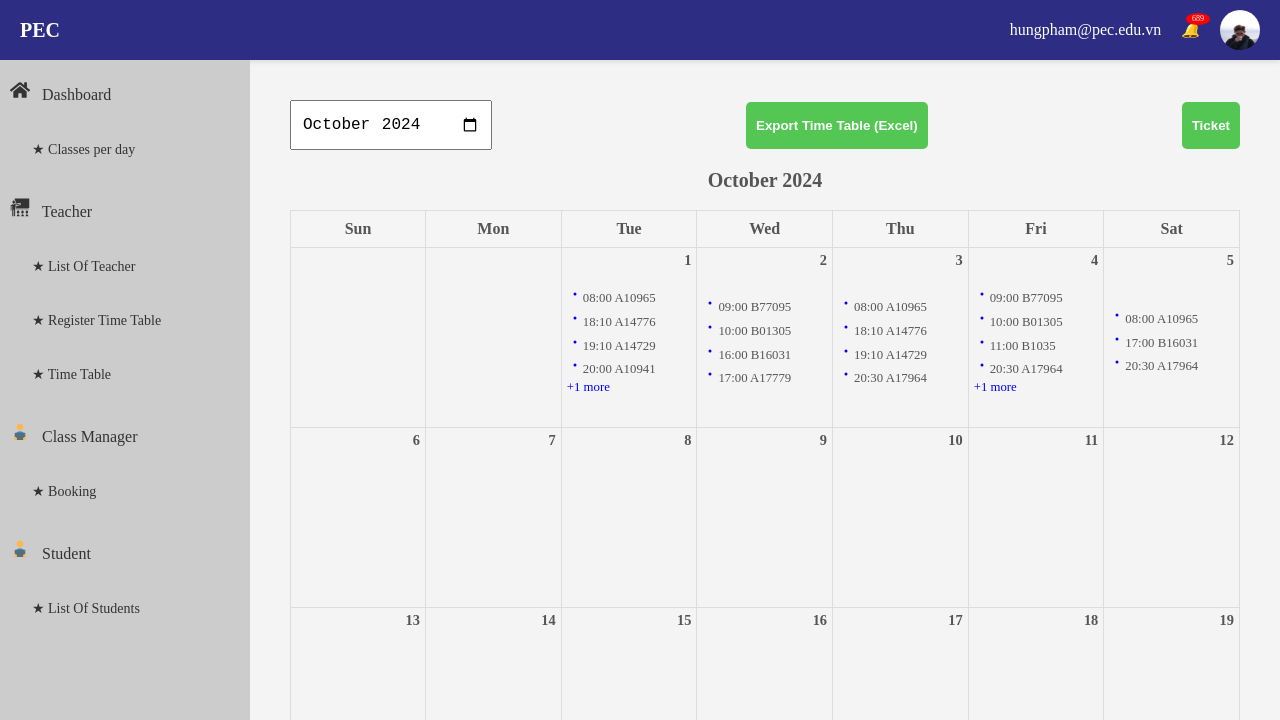
Repository: BitDanceLabels/Bumblebee_BDG
Page: /teacher-timetable
An editor plug-in stored every save of this project. The page is shown before and after the next save, followed by the edit.
The browser window is 1280 px wide. The pictures show the whole page.
An inner scrolling area shows only its first screen. The project was rebuilt for these pictures with package versions that can differ from the ones it lists, and the page was loaded fresh each time. Also part of the build but not shown: vite.config.js, src/components/Dashboard/ScheduleComponent.jsx, src/components/Management/Booking.jsx, src/components/modal/CreateStudentModal.jsx, src/components/Student/ListOfStudent.jsx, src/components/modal/CreateTeacherModal.jsx, src/components/Teacher/TeacherTable.jsx, src/components/Teacher/ListOfTeacher.jsx and 9 more. Imported but missing from the stored project, and not drawn on this page: src/components/modal/DeactiveStudentModal.

Above is the page before, as saved 2024-10-07 10:05:41.

### index.html
<!DOCTYPE html>
<html lang="en">
  <head>
    <meta charset="UTF-8" />
    <link rel="icon" type="image/svg+xml" href="/vite.svg" />
    <meta name="viewport" content="width=device-width, initial-scale=1.0" />
    <title>Power English CRM</title>
  </head>
  <body>
    <div id="root"></div>
    <script type="module" src="/src/main.jsx"></script>
  </body>
</html>

### src/main.jsx
import { StrictMode } from 'react'
import { createRoot } from 'react-dom/client'
import MainApp from './pages/MainApp.jsx'
import App from './App.jsx'
import './index.css'

createRoot(document.getElementById('root')).render(
  <StrictMode>
    <MainApp />
  </StrictMode>
)

### src/pages/MainApp.jsx
import React from 'react'
import Header from '../components/General/Header'
import Navbar from '../components//General/Navbar'
import ScheduleComponent from '../components/Dashboard/ScheduleComponent'
import Booking from '../components/Management/Booking'
import ListOfStudent from '../components/Student/ListOfStudent'
import ListOfTeacher from '../components/Teacher/ListOfTeacher'
import { BrowserRouter as Router, Route, Routes } from 'react-router-dom'
import styled from 'styled-components'
import TeacherTabs from '../components/Teacher/TeacherTabs'
import StudentProfile from '../components/Student/StudentProfile'
import TeacherRegisterTimeTable from '../components/Teacher/TeacherRegisterTimeTable'
import TeacherTimeTable from '../components/Teacher/TeacherTimeTable'
import CourseInfo from '../components/Student/CourseInfo'

function MainApp() {
  return (
    <Router>
      <MainAppWrapper>
        <HeaderWrapper>
          <Header />
        </HeaderWrapper>
        <div className="main-layout">
          <NavbarWrapper>
            <Navbar />
          </NavbarWrapper>
          <ContentWrapper>
            <Routes>
              <Route path="/classes" element={<ScheduleComponent />} />
              <Route path="/booking" element={<Booking />} />
              <Route path="/students" element={<ListOfStudent />} />
              <Route path="/teacher" element={<ListOfTeacher />} />
              <Route path="/teacher-profile" element={<TeacherTabs />} />
              <Route path="/student-profile" element={<StudentProfile />} />
              <Route path="/teacher-timetable" element={<TeacherTimeTable />} />
              <Route path="/course-info" element={<CourseInfo />} />
              <Route
                path="/teacher-register"
                element={<TeacherRegisterTimeTable />}
              />
              {/* Add more routes as needed */}
            </Routes>
          </ContentWrapper>
        </div>
      </MainAppWrapper>
    </Router>
  )
}

const MainAppWrapper = styled.main`
  width: 100%;
  display: flex;
  flex-direction: column;
  height: 100vh;

  .main-layout {
    display: flex;
    flex-grow: 1;
  }
`

const HeaderWrapper = styled.header`
  position: fixed;
  top: 0;
  width: 100%;
  z-index: 1000;
  background-color: white;
  box-shadow: 0 2px 5px rgba(0, 0, 0, 0.1);
`

const NavbarWrapper = styled.nav`
  position: fixed;
  top: 60px;
  left: 0;
  height: calc(100vh - 60px);
  width: 250px;
  background-color: #ccc;
  color: white;
  z-index: 1000;
`

const ContentWrapper = styled.div`
  margin-top: 60px;
  margin-left: 250px;
  padding: 20px;
  flex-grow: 1;
  background-color: #f4f4f4;
  min-height: 100%;
  overflow-y: auto;
`

export default MainApp

### src/components/General/Header.jsx
import React from 'react'
import avt from '../../assets/avt.jpg'
import styled from 'styled-components'

const Header = () => {
  return (
    <HeaderWrapper>
      <header className="header">
        <div className="header-left">
          <h1>PEC</h1>
        </div>
        <div className="header-right">
          <span className="account-email">hungpham@pec.edu.vn</span>
          <div className="notification">
            <i className="bell-icon">🔔</i>
            <span className="notification-count">689</span>
          </div>
          <img src={avt} alt="avatar" className="avatar" />
        </div>
      </header>
    </HeaderWrapper>
  )
}

const HeaderWrapper = styled.header`
  .header {
    background-color: #2d2e83;
    color: white;
    display: flex;
    justify-content: space-between;
    align-items: center;
    padding: 10px 20px;
  }

  .header-left h1 {
    margin: 0;
    font-size: 2rem;
  }

  .header-right {
    display: flex;
    align-items: center;
  }

  .account-email {
    margin-right: 20px;
    font-size: 1.6rem;
  }

  .notification {
    position: relative;
    margin-right: 20px;
  }

  .bell-icon {
    font-size: 1.5em;
    cursor: pointer;
  }

  .notification-count {
    position: absolute;
    top: -10px;
    right: -10px;
    background-color: red;
    color: white;
    border-radius: 50%;
    padding: 2px 6px;
    font-size: 0.8em;
  }

  .avatar {
    width: 40px;
    height: 40px;
    border-radius: 50%;
    cursor: pointer;
  }
`

export default Header

### src/components/General/Navbar.jsx
import React, { useState } from 'react'
import styled from 'styled-components'
import { FaHome } from 'react-icons/fa'
import { GiTeacher } from 'react-icons/gi'
import { FcReadingEbook } from 'react-icons/fc'
import { Link } from 'react-router-dom' // Import Link from react-router-dom

const Navbar = () => {
  const [activeItem, setActiveItem] = useState('dashboard')

  const handleItemClick = (item) => {
    setActiveItem(item)
  }

  return (
    <NavbarWrapper>
      <nav className="navbar">
        <ul>
          <li onClick={() => handleItemClick('classes')}>
            <Link to="/classes">
              <FaHome style={{ marginRight: '8px', fontSize: '20px' }} />{' '}
              Dashboard
            </Link>
          </li>

          {/* Submenu for Classes per day */}
          <ul className="sub-menu">
            <li
              className={activeItem === 'classes' ? 'active' : ''}
              onClick={() => handleItemClick('classes')}
            >
              <Link to="/classes">★ Classes per day</Link>
            </li>
          </ul>

          <li onClick={() => handleItemClick('teacher')}>
            <Link to="/teacher">
              <GiTeacher style={{ marginRight: '8px', fontSize: '20px' }} />{' '}
              Teacher
            </Link>
          </li>

          {/* Submenu for List Of Teacher */}
          <ul className="sub-menu">
            <li
              className={activeItem === 'teacher' ? 'active' : ''}
              onClick={() => handleItemClick('teacher')}
            >
              <Link to="/teacher">★ List Of Teacher</Link>
            </li>

            <li
              className={activeItem === 'teacher-register' ? 'active' : ''}
              onClick={() => handleItemClick('teacher-register')}
            >
              <Link to="/teacher-register">★ Register Time Table</Link>
            </li>

            <li
              className={activeItem === 'teacher-timetable' ? 'active' : ''}
              onClick={() => handleItemClick('teacher-timetable')}
            >
              <Link to="/teacher-timetable">★ Time Table</Link>
            </li>
          </ul>

          <li onClick={() => handleItemClick('booking')}>
            <Link to="/booking">
              <FcReadingEbook
                style={{ marginRight: '8px', fontSize: '20px' }}
              />{' '}
              Class Manager
            </Link>
          </li>

          {/* Submenu for Booking */}
          <ul className="sub-menu">
            <li
              className={activeItem === 'booking' ? 'active' : ''}
              onClick={() => handleItemClick('booking')}
            >
              <Link to="/booking">★ Booking</Link>
            </li>
          </ul>

          <li onClick={() => handleItemClick('listOfStudent')}>
            <Link to="/students">
              <FcReadingEbook
                style={{ marginRight: '8px', fontSize: '20px' }}
              />{' '}
              Student
            </Link>
          </li>

          {/* Submenu for List Of Students */}
          <ul className="sub-menu">
            <li
              className={activeItem === 'listOfStudent' ? 'active' : ''}
              onClick={() => handleItemClick('listOfStudent')}
            >
              <Link to="/students">★ List Of Students</Link>
            </li>
          </ul>
        </ul>
      </nav>
    </NavbarWrapper>
  )
}

const NavbarWrapper = styled.nav`
  width: 14%;
  .navbar {
    width: 250px;
    background-color: #ccc;
    color: white;
    height: 100%;
  }

  .navbar ul {
    list-style-type: none;
    padding: 0;
    margin: 0;
  }

  .navbar li {
    padding: 10px 0;
    cursor: pointer;
    color: white;
    width: 100%;
  }

  .navbar li a {
    width: 100%;
    padding: 10px;
    color: #333;
    font-weight: 500;
    font-size: 16px;
    display: inline-block;
    transition: transform 0.3s ease;
    text-decoration: none;
  }

  .navbar li:hover a {
    transform: scale(1.2);
    transform-origin: left;
  }

  .navbar li.active {
    background-color: #e1f644;
  }

  /* Submenu styles */
  .sub-menu {
    list-style-type: none;
    padding-left: 20px;
  }

  .sub-menu li {
    padding: 10px 0;
  }

  .sub-menu li a {
    font-size: 14px;
    width: 100%;
    padding-left: 32px;
  }
`

export default Navbar

### src/components/Teacher/TeacherTimeTable.jsx
import React, { useState, useRef } from 'react'
import styled from 'styled-components'
import { BsDot } from 'react-icons/bs'

// Styled components
const Container = styled.div`
  padding: 20px;
`

const Header = styled.div`
  display: flex;
  justify-content: space-between;
  align-items: center;
  margin-bottom: 20px;
`

const Button = styled.button`
  padding: 16px 10px;
  background-color: #53c653;
  border: none;
  color: white;
  border-radius: 5px;
  cursor: pointer;
  font-weight: bold;

  &:hover {
    background-color: #46b346;
  }
`

const CancelButton = styled.button`
  padding: 16px 10px;
  background-color: red;
  border: none;
  color: white;
  border-radius: 5px;
  cursor: pointer;
  font-weight: bold;

  &:hover {
    background-color: #46b346;
  }
`

const SubmitButton = styled.button`
  padding: 16px 10px;
  background-color: #53c653;
  border: none;
  color: white;
  border-radius: 5px;
  cursor: pointer;
  font-weight: bold;

  &:hover {
    background-color: #46b346;
  }
`

const Month = styled.h3`
  text-align: center;
  font-size: 20px;
`

const CalendarTable = styled.table`
  width: 100%;
  border-collapse: collapse;
  margin-top: 20px;
`

const CalendarHeader = styled.th`
  padding: 10px;
  border: 1px solid #ddd;
  background-color: #f5f5f5;
  text-align: center;
  font-size: 16px;
`

const CalendarCell = styled.td`
  vertical-align: center;
  border: 1px solid #ddd;
  position: relative;
  padding: 5px;
  width: 150px; // Set fixed width
  height: 180px;
  font-size: 16px;
`

const DayNumber = styled.div`
  position: absolute;
  top: 5px;
  right: 5px;
  font-size: 0.9em;
  font-weight: bold;
`

const Event = styled.div`
  font-size: 0.8em;
  margin-top: 5px;
`

const InputCustom = styled.input`
  height: 50px;
  padding: 5px 10px;
  font-size: 16px;
`

const RowWrapper = styled.div`
  display: flex;
  align-items: center;
`

const MiniModal = styled.div`
  position: absolute;
  background-color: white;
  border: 1px solid #ccc;
  border-radius: 5px;
  padding: 20px 16px;
  z-index: 10;
  width: 200px; // Same width as CalendarCell
  top: ${({ position }) => position.top}px;
  left: ${({ position }) => position.left}px;
`

const CloseButton = styled.button`
  padding: 10px;
  background-color: #53c653;
  border: none;
  color: white;
  border-radius: 5px;
  cursor: pointer;
  margin-left: auto;
  margin-top: 10px;

  &:hover {
    background-color: #46b346;
  }
`

const FullModalOverlay = styled.div`
  position: fixed;
  top: 0;
  left: 0;
  width: 100vw;
  height: 100vh;
  background-color: rgba(0, 0, 0, 0.5);
  display: ${({ show }) => (show ? 'block' : 'none')};
`

const FullModal = styled.div`
  position: fixed;
  top: 50%;
  left: 50%;
  transform: translate(-50%, -50%);
  background-color: white;
  padding: 30px;
  border-radius: 10px;
  width: 400px;
  box-shadow: 0 0 15px rgba(0, 0, 0, 0.2);
  z-index: 999;
`

const ModalContent = styled.div`
  display: flex;
  flex-direction: column;
`

const SelectClass = styled.select`
  padding: 10px;
  margin-bottom: 20px;
  font-size: 16px;
`

const TextArea = styled.textarea`
  padding: 10px;
  font-size: 16px;
  resize: none;
  height: 100px;
  margin-bottom: 20px;
`

const ModalButtonWrapper = styled.div`
  display: flex;
  justify-content: flex-end;
  gap: 10px;
`

const TeacherTimeTable = () => {
  const [selectedDate, setSelectedDate] = useState(new Date())
  const [isModalOpen, setIsModalOpen] = useState(false)
  const [isFullModalOpen, setIsFullModalOpen] = useState(false) // Modal trạng thái mới
  const [currentEvents, setCurrentEvents] = useState([])
  const [modalPosition, setModalPosition] = useState({ top: 0, left: 0 })
  const cellRef = useRef(null)

  const getCurrentMonth = () => {
    const year = selectedDate.getFullYear()
    const month = (selectedDate.getMonth() + 1).toString().padStart(2, '0')
    return `${year}-${month}`
  }

  const handleMonthChange = (event) => {
    const [year, month] = event.target.value.split('-')
    setSelectedDate(new Date(year, month - 1, 1))
  }

  const daysOfWeek = ['Sun', 'Mon', 'Tue', 'Wed', 'Thu', 'Fri', 'Sat']

  const events = {
    1: [
      '08:00 A10965',
      '18:10 A14776',
      '19:10 A14729',
      '20:00 A10941',
      '21:00 B60002'
    ],
    2: ['09:00 B77095', '10:00 B01305', '16:00 B16031', '17:00 A17779'],
    3: ['08:00 A10965', '18:10 A14776', '19:10 A14729', '20:30 A17964'],
    4: [
      '09:00 B77095',
      '10:00 B01305',
      '11:00 B1035',
      '20:30 A17964',
      '21:00 B96002'
    ],
    5: ['08:00 A10965', '17:00 B16031', '20:30 A17964']
  }

  const openModal = (dayEvents, event) => {
    const rect = event.target.getBoundingClientRect()
    setModalPosition({
      top: rect.top + window.scrollY + rect.height,
      left: rect.left + window.scrollX
    })
    setCurrentEvents(dayEvents)
    setIsModalOpen(true)
  }

  const closeModal = () => {
    setIsModalOpen(false)
    setCurrentEvents([])
  }

  const openFullModal = () => {
    setIsFullModalOpen(true)
  }

  const closeFullModal = () => {
    setIsFullModalOpen(false)
  }

  const generateCalendar = () => {
    const year = selectedDate.getFullYear()
    const month = selectedDate.getMonth()
    const firstDayOfMonth = new Date(year, month, 1).getDay()
    const daysInMonth = new Date(year, month + 1, 0).getDate()

    let calendar = []
    let week = []
    let dayCounter = 1

    for (let i = 0; i < firstDayOfMonth; i++) {
      week.push(<CalendarCell key={`empty-${i}`} />)
    }

    while (dayCounter <= daysInMonth) {
      for (let i = week.length; i < 7; i++) {
        if (dayCounter <= daysInMonth) {
          const dayEvents = events[dayCounter] || []
          const eventLimit = 4
          const moreCount = dayEvents.length - eventLimit

          week.push(
            <CalendarCell key={dayCounter} ref={cellRef}>
              <DayNumber>{dayCounter}</DayNumber>
              {dayEvents.slice(0, eventLimit).map((event, index) => (
                <RowWrapper key={index}>
                  <Event>
                    <BsDot fontSize={16} color="blue" />
                    {event}
                  </Event>
                </RowWrapper>
              ))}
              {moreCount > 0 && (
                <Event
                  onClick={(e) => openModal(dayEvents, e)}
                  style={{ color: 'blue', cursor: 'pointer' }}
                >
                  +{moreCount} more
                </Event>
              )}
            </CalendarCell>
          )
          dayCounter++
        } else {
          week.push(<CalendarCell key={`empty-${i}`} />)
        }
      }
      calendar.push(<tr key={`week-${calendar.length}`}>{week}</tr>)
      week = []
    }

    return calendar
  }

  return (
    <Container>
      <Header>
        <div>
          <InputCustom
            type="month"
            value={getCurrentMonth()}
            onChange={handleMonthChange}
          />
        </div>
        <Button>Export Time Table (Excel)</Button>
        <Button onClick={openFullModal}>Ticket</Button> {/* Nút mở modal */}
      </Header>
      <Month>
        {selectedDate.toLocaleString('default', { month: 'long' })}{' '}
        {selectedDate.getFullYear()}
      </Month>
      <CalendarTable>
        <thead>
          <tr>
            {daysOfWeek.map((day) => (
              <CalendarHeader key={day}>{day}</CalendarHeader>
            ))}
          </tr>
        </thead>
        <tbody>{generateCalendar()}</tbody>
      </CalendarTable>

      {/* Mini modal */}
      {isModalOpen && (
        <MiniModal position={modalPosition}>
          {currentEvents.map((event, index) => (
            <div key={index}>
              <BsDot fontSize={16} color="blue" />
              {event}
            </div>
          ))}
          <CloseButton onClick={closeModal}>Close</CloseButton>
        </MiniModal>
      )}

      {/* Full screen modal */}
      <FullModalOverlay show={isFullModalOpen}>
        <FullModal>
          <ModalContent>
            {/* Combobox chọn lớp và thời gian */}
            <SelectClass>
              {Object.keys(events).map((day) =>
                events[day].map((event, index) => (
                  <option key={`${day}-${index}`} value={`${day} - ${event}`}>
                    {`Day ${day}: ${event}`}
                  </option>
                ))
              )}
            </SelectClass>

            {/* Combobox chọn trạng thái */}
            <SelectClass>
              <option value="defer">Defer</option>
              <option value="cancel">Cancel</option>
            </SelectClass>

            {/* Textarea nhập lý do */}
            <TextArea placeholder="Enter your reason" />

            <ModalButtonWrapper>
              <CancelButton onClick={closeFullModal}>Cancel</CancelButton>
              <SubmitButton>Submit</SubmitButton>
            </ModalButtonWrapper>
          </ModalContent>
        </FullModal>
      </FullModalOverlay>
    </Container>
  )
}

export default TeacherTimeTable

Loaded but not shown: src/index.css (305 lines, source omitted)

After the next save:
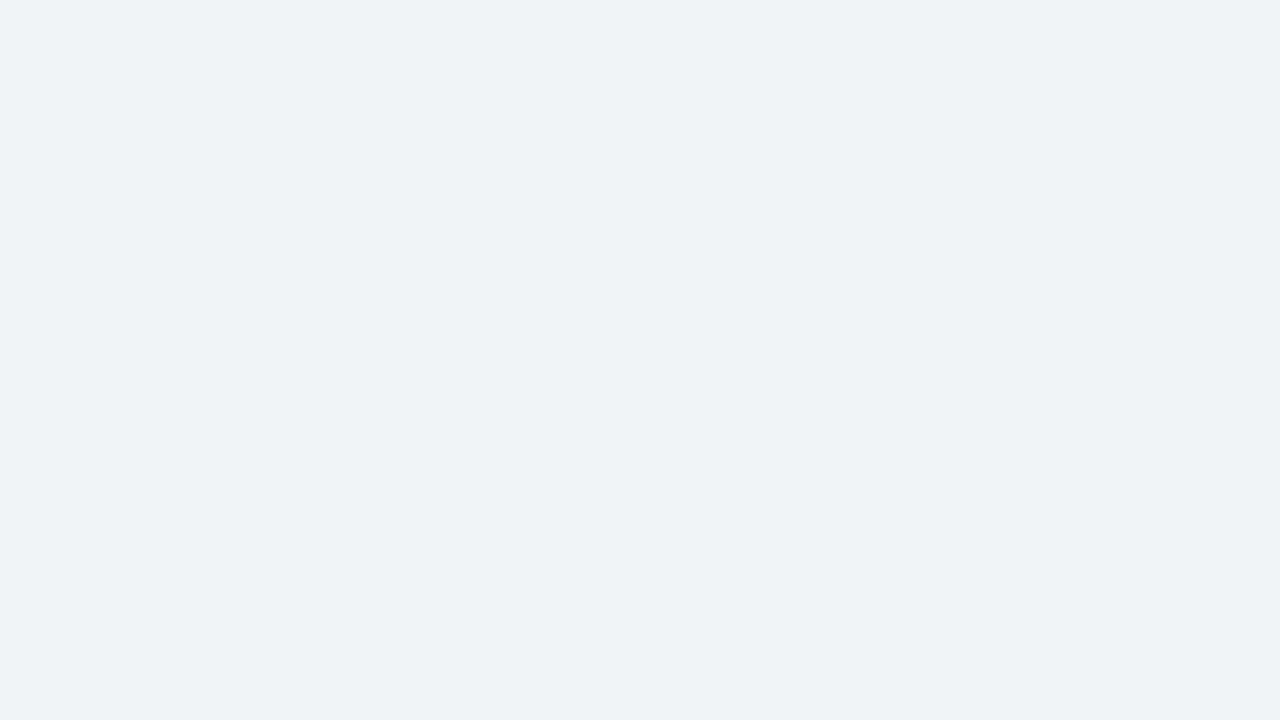
Console error: ReferenceError: ButtonWrapper is not defined
Saved 34 s later.
--- a/src/components/Teacher/TeacherTimeTable.jsx
+++ b/src/components/Teacher/TeacherTimeTable.jsx
@@ -312,8 +312,10 @@ const TeacherTimeTable = () => {
             onChange={handleMonthChange}
           />
         </div>
-        <Button>Export Time Table (Excel)</Button>
-        <Button onClick={openFullModal}>Ticket</Button> {/* Nút mở modal */}
+        <ButtonWrapper>
+          <Button>Export Time Table (Excel)</Button>
+          <Button onClick={openFullModal}>Ticket</Button> {/* Nút mở modal */}
+        </ButtonWrapper>
       </Header>
       <Month>
         {selectedDate.toLocaleString('default', { month: 'long' })}{' '}

After the save that followed:
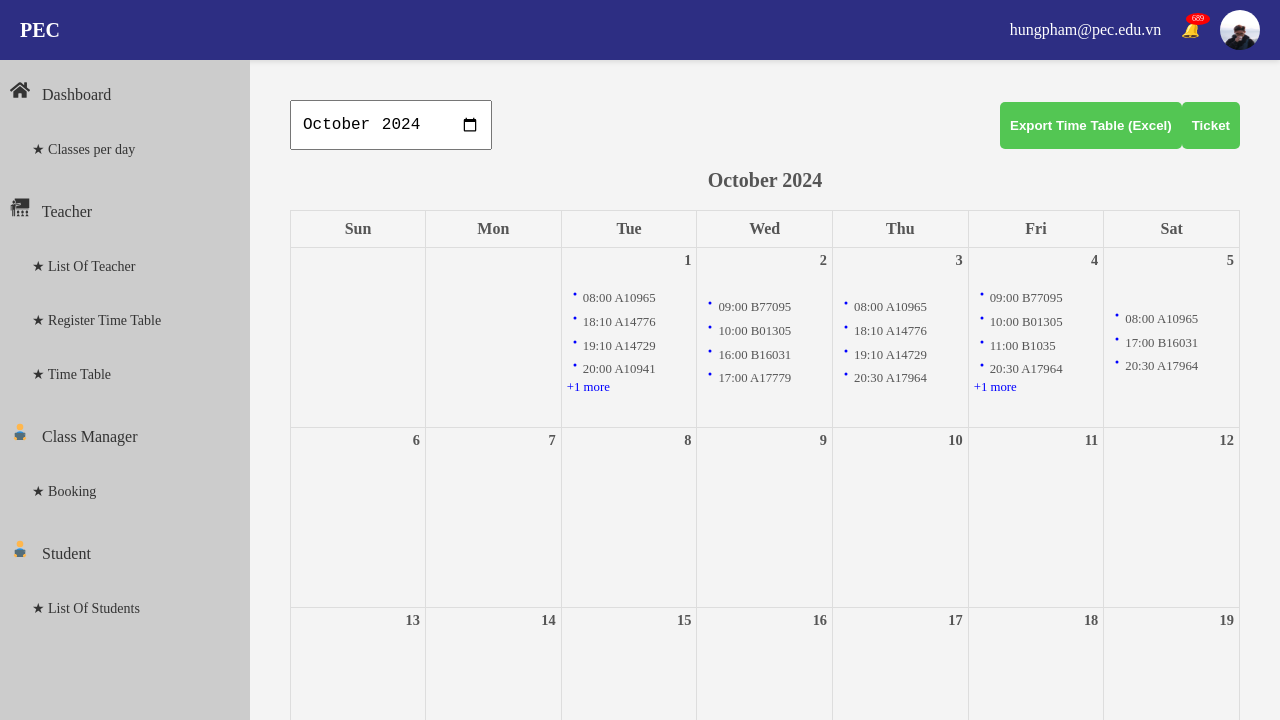
The error is gone.
Saved 21 s later.
--- a/src/components/Teacher/TeacherTimeTable.jsx
+++ b/src/components/Teacher/TeacherTimeTable.jsx
@@ -13,6 +13,8 @@ const Header = styled.div`
   align-items: center;
   margin-bottom: 20px;
 `
+
+const ButtonWrapper = styled.div``
 
 const Button = styled.button`
   padding: 16px 10px;
